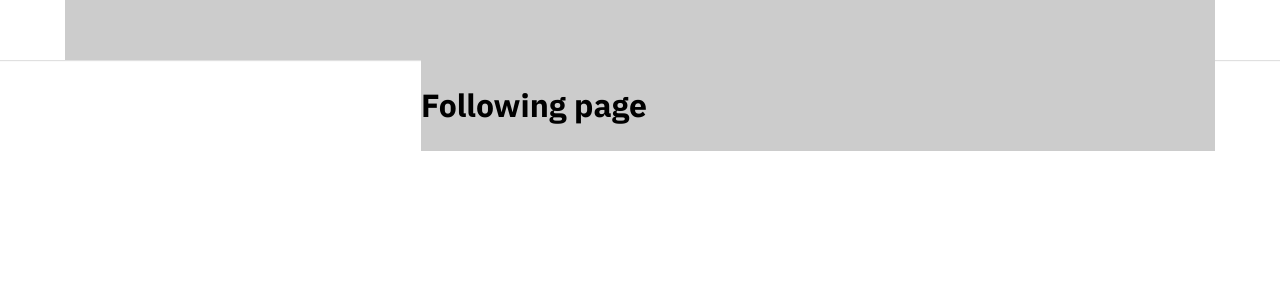
Repository: hmquandec05/tiktok-clone
Page: /following
These files come from the project's save history. The page is drawn as it stood at one moment and after the next save; the edit follows.
The browser window is 1280 px wide. The pictures show the whole page.
The project was rebuilt for these pictures with package versions that can differ from the ones it lists, and the page was loaded fresh each time. Also part of the build but not shown: src/components/Layouts/HeaderOnly/index.js, src/pages/Home/index.js, src/pages/Profile/index.js, src/pages/Search/index.js. Imported but missing from the stored project, and not drawn on this page: src/pages/Upload.

Above is the page before, as saved 2025-02-26 17:01:07.

After the next save:
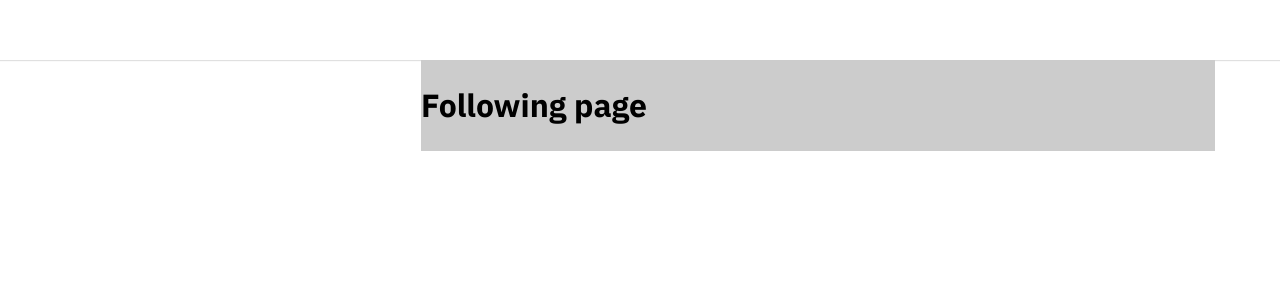
Saved 19 s later.
--- a/src/components/Layouts/components/Header/Header.module.scss
+++ b/src/components/Layouts/components/Header/Header.module.scss
@@ -9,5 +9,4 @@
 .content {
   height: 100%;
   width: var(--default-layout-content-width, 1150px);
-  background-color: #ccc;
 }
